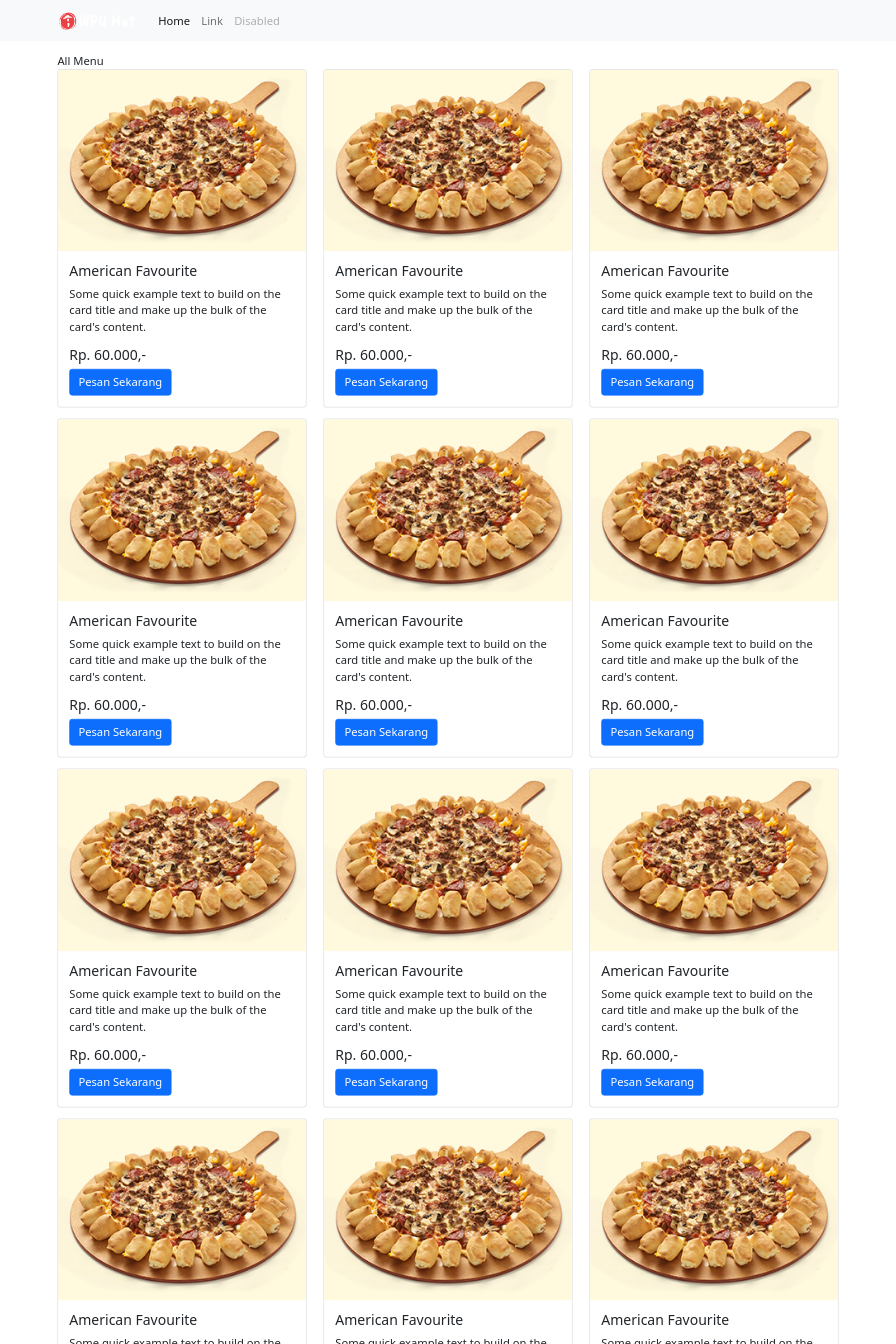
Repository: bayukembara/RESTAPI
Page: http://localhost/latihan1.php
The author's editor kept a copy of each file at every save. The page is drawn from the files as they stood at one save, then again after the next save.
The browser window is 1280 px wide. The pictures show the part of the page from y = 0 to 1920 px (the page is 2597 px tall before and 4059 px after), at 70% of full size.
Some web libraries are served in a nearby version. The page is run by PHP 8.4 with error messages shown; the project is at /var/www/html/.

Above is the page before, as saved 2022-04-29 13:19:09.

### latihan1.php
<?php

$data = file_get_contents("data/menu.json");
$menu = json_decode($data,true);

$menu = $menu["menu"];

?>

<!doctype html>
<html lang="en">

  <head>
    <!-- Required meta tags -->
    <meta charset="utf-8">
    <meta name="viewport" content="width=device-width, initial-scale=1">

    <!-- Bootstrap CSS -->
    <link href="https://cdn.jsdelivr.net/npm/bootstrap@5.1.3/dist/css/bootstrap.min.css" rel="stylesheet"
      integrity="sha384-1BmE4kWBq78iYhFldvKuhfTAU6auU8tT94WrHftjDbrCEXSU1oBoqyl2QvZ6jIW3" crossorigin="anonymous">

    <title>B-Hut</title>
  </head>

  <body>
    <!-- Navbar -->
    <nav class="navbar navbar-expand-lg navbar-light bg-light">
      <div class="container">
        <a class="navbar-brand" href="#"><img src="data\logo.png" alt="" width="120px"></a>
        <button class="navbar-toggler" type="button" data-bs-toggle="collapse" data-bs-target="#navbarSupportedContent"
          aria-controls="navbarSupportedContent" aria-expanded="false" aria-label="Toggle navigation">
          <span class="navbar-toggler-icon"></span>
        </button>
        <div class="collapse navbar-collapse" id="navbarSupportedContent">
          <ul class="navbar-nav me-auto mb-2 mb-lg-0">
            <li class="nav-item">
              <a class="nav-link active" aria-current="page" href="#">Home</a>
            </li>
            <li class="nav-item">
              <a class="nav-link" href="#">Link</a>
            </li>
            <li class="nav-item">
              <a class="nav-link disabled">Disabled</a>
            </li>
          </ul>
        </div>
      </div>
    </nav>
    <!-- End Nav bar -->

    <!-- Content -->
    <div class="container">
      <div class="row mt-3">
        <div class="col">
          All Menu
        </div>
      </div>
      <div class="row">
        <?php foreach($menu as $data) : ?>
        <div class="col-md-4">
          <div class="card mb-3">
            <img src="data/pizza/american-favourite.jpg" class="card-img-top" alt="...">
            <div class="card-body">
              <h5 class="card-title">American Favourite</h5>
              <p class="card-text">Some quick example text to build on the card title and make up the bulk of the card's
                content.</p>
              <h5 class="card-title">Rp. 60.000,-</h5>
              <a href="#" class="btn btn-primary">Pesan Sekarang</a>
            </div>
          </div>
        </div>
        <?php endforeach?>
      </div>
    </div>
    <!-- End Content -->
    <!-- Optional JavaScript; choose one of the two! -->
    <script src="https://code.jquery.com/jquery-3.6.0.js"
      integrity="sha256-H+K7U5CnXl1h5ywQfKtSj8PCmoN9aaq30gDh27Xc0jk=" crossorigin="anonymous"></script>

    <!-- Option 1: Bootstrap Bundle with Popper -->
    <script src="https://cdn.jsdelivr.net/npm/bootstrap@5.1.3/dist/js/bootstrap.bundle.min.js"
      integrity="sha384-ka7Sk0Gln4gmtz2MlQnikT1wXgYsOg+OMhuP+IlRH9sENBO0LRn5q+8nbTov4+1p" crossorigin="anonymous">
    </script>

    <!-- Option 2: Separate Popper and Bootstrap JS -->

    <script src="https://cdn.jsdelivr.net/npm/@popperjs/core@2.10.2/dist/umd/popper.min.js"
      integrity="sha384-7+zCNj/IqJ95wo16oMtfsKbZ9ccEh31eOz1HGyDuCQ6wgnyJNSYdrPa03rtR1zdB" crossorigin="anonymous">
    </script>
    <script src="https://cdn.jsdelivr.net/npm/bootstrap@5.1.3/dist/js/bootstrap.min.js"
      integrity="sha384-QJHtvGhmr9XOIpI6YVutG+2QOK9T+ZnN4kzFN1RtK3zEFEIsxhlmWl5/YESvpZ13" crossorigin="anonymous">
    </script>

  </body>

</html>

### menu.json
{
  "menu": [
    {
      "kategori": "pizza",
      "nama": "Meat Lover",
      "deskripsi": "Irisan sosis sapi, daging sapi cincang, burger sapi, sosis ayam.",
      "harga": 49500,
      "gambar": "meat-lover.jpg"
    },
    {
      "kategori": "pizza",
      "nama": "Super Supreme",
      "deskripsi": "Daging ayam dan sapi asap, daging sapi cincang, burger sapi, jamur, paprika merah dan paprika hijau.",
      "harga": 49500,
      "gambar": "supreme.jpg"
    },
    {
      "kategori": "pizza",
      "nama": "Tuna Melt",
      "deskripsi": "Irisan daging ikan tuna, butiran jagung, saus mayonnaise.",
      "harga": 49500,
      "gambar": "tuna-melt.jpg"
    },
    {
      "kategori": "pizza",
      "nama": "American Favourite",
      "deskripsi": "Pepperoni sapi, daging sapi cincang, jamur.",
      "harga": 49500,
      "gambar": "american-favourite.jpg"
    },
    {
      "kategori": "pasta",
      "nama": "Beef Spaghetti",
      "deskripsi": "Pepperoni sapi, daging sapi cincang, jamur.",
      "harga": 43000,
      "gambar": "beef-spaghetti.jpg"
    },
    {
      "kategori": "pasta",
      "nama": "Beef Lasagna",
      "deskripsi": "Dipanggang, daging sapi cincang. krim putih lembut di tiap lapisan.",
      "harga": 48000,
      "gambar": "beef-lasagna.jpg"
    },
    {
      "kategori": "pasta",
      "nama": "Creamy Beef Fettuccine",
      "deskripsi": "Daging sapi asap dan jamur, ditumis dengan saus krim lembut.",
      "harga": 43000,
      "gambar": "creamy-beef-fettuccine.jpg"
    },
    {
      "kategori": "nasi",
      "nama": "Meatballs Beef Mushroom",
      "deskripsi": "Bola daging sapi dengan saus daging sapi cincang dan jamur.",
      "harga": 40000,
      "gambar": "meatballs-beef-mushroom.jpg"
    },
    {
      "kategori": "nasi",
      "nama": "Black Pepper Chicken",
      "deskripsi": "Ayam dengan saus lada hitam.",
      "harga": 40000,
      "gambar": "black-pepper-chicken.jpg"
    },
    {
      "kategori": "nasi",
      "nama": "Oriental Chicken",
      "deskripsi": "Daging ayam berpadu dengan saus oriental.",
      "harga": 40000,
      "gambar": "oriental-chicken.jpg"
    },
    {
      "kategori": "minuman",
      "nama": "Choco Mint",
      "deskripsi": "",
      "harga": 24000,
      "gambar": "choco-mint.jpg"
    },
    {
      "kategori": "minuman",
      "nama": "Toffee Coffee",
      "deskripsi": "",
      "harga": 24000,
      "gambar": "toffee-coffee.jpg"
    },
    {
      "kategori": "minuman",
      "nama": "Green Tea Shake",
      "deskripsi": "",
      "harga": 24000,
      "gambar": "green-tea-shake.jpg"
    },
    {
      "kategori": "minuman",
      "nama": "Strawberry Milkshake",
      "deskripsi": "",
      "harga": 24000,
      "gambar": "strawberry-milkshake.jpg"
    },
    {
      "kategori": "minuman",
      "nama": "Chocolate Milkshake",
      "deskripsi": "",
      "harga": 24000,
      "gambar": "chocolate-milkshake.jpg"
    }
  ]
}

After the next save:
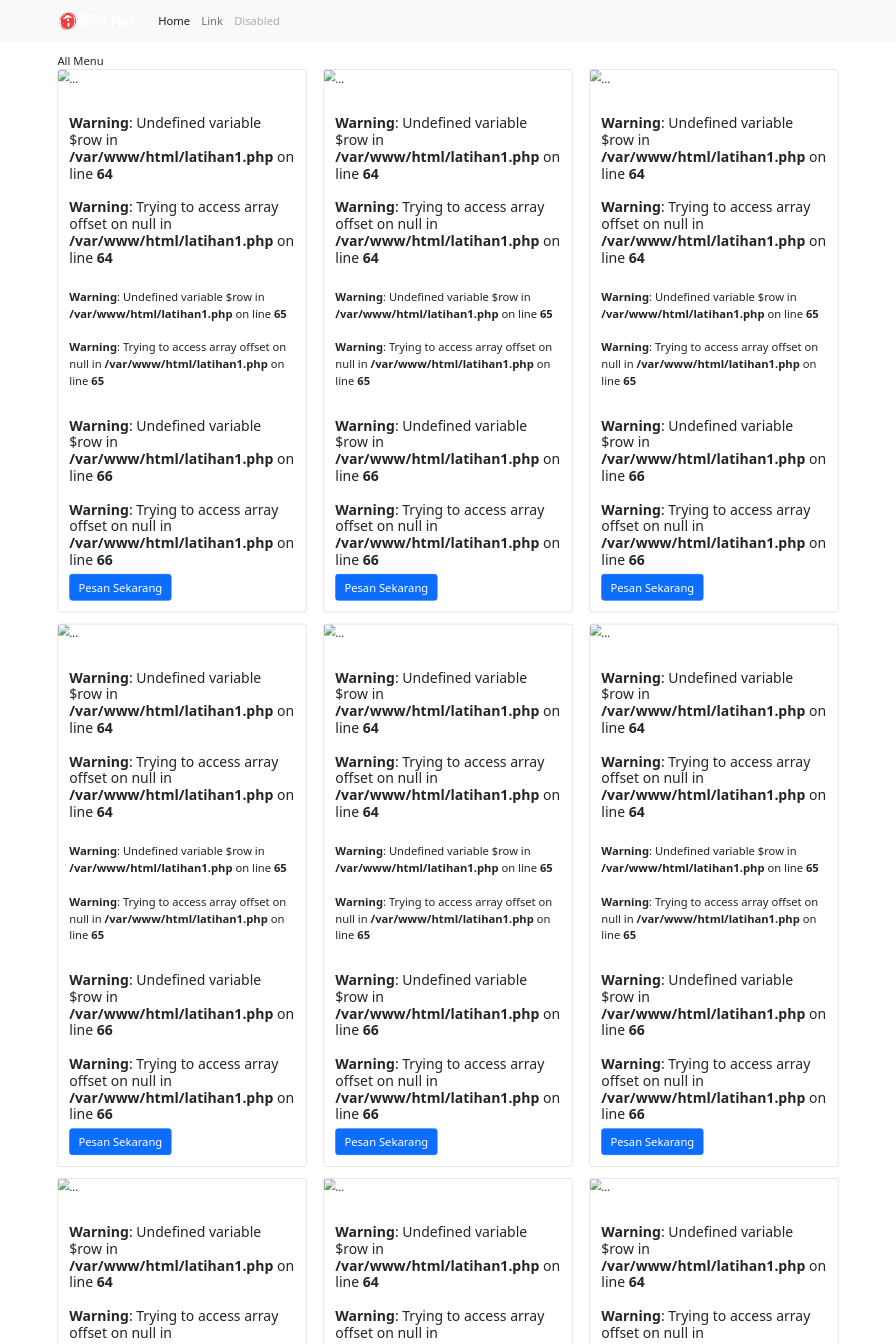
Saved 85 s later.
--- a/latihan1.php
+++ b/latihan1.php
@@ -59,12 +59,11 @@
         <?php foreach($menu as $data) : ?>
         <div class="col-md-4">
           <div class="card mb-3">
-            <img src="data/pizza/american-favourite.jpg" class="card-img-top" alt="...">
+            <img src="data/pizza/<?= $row["gambar"]?>" class="card-img-top" alt="...">
             <div class="card-body">
-              <h5 class="card-title">American Favourite</h5>
-              <p class="card-text">Some quick example text to build on the card title and make up the bulk of the card's
-                content.</p>
-              <h5 class="card-title">Rp. 60.000,-</h5>
+              <h5 class="card-title"><?= $row["nama"]?></h5>
+              <p class="card-text"><?= $row["deskripsi"]?></p>
+              <h5 class="card-title"><?= $row["harga"]?></h5>
               <a href="#" class="btn btn-primary">Pesan Sekarang</a>
             </div>
           </div>

After the save that followed:
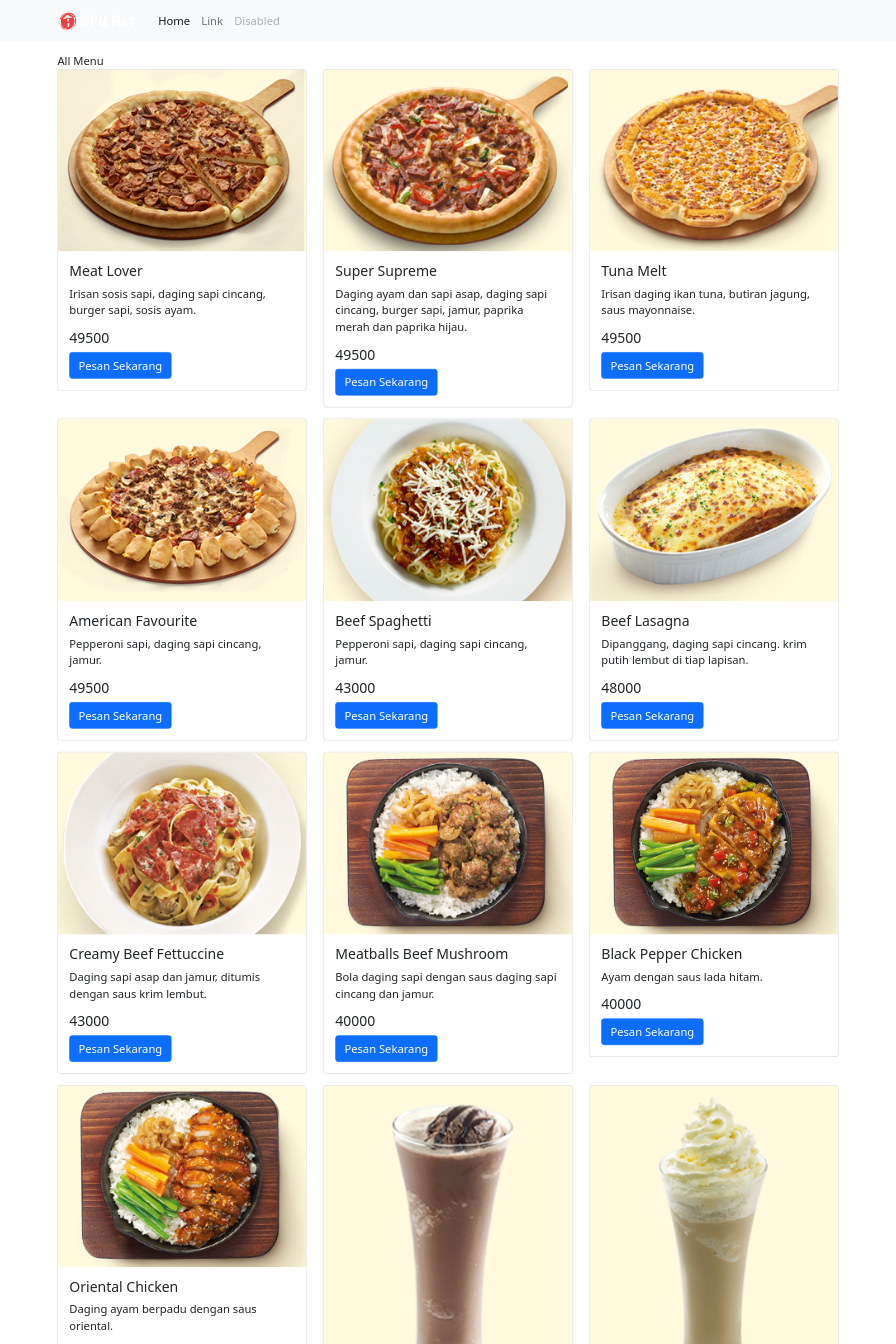
Saved 8 s later.
--- a/latihan1.php
+++ b/latihan1.php
@@ -59,11 +59,11 @@
         <?php foreach($menu as $data) : ?>
         <div class="col-md-4">
           <div class="card mb-3">
-            <img src="data/pizza/<?= $row["gambar"]?>" class="card-img-top" alt="...">
+            <img src="data/pizza/<?= $data["gambar"]?>" class="card-img-top" alt="...">
             <div class="card-body">
-              <h5 class="card-title"><?= $row["nama"]?></h5>
-              <p class="card-text"><?= $row["deskripsi"]?></p>
-              <h5 class="card-title"><?= $row["harga"]?></h5>
+              <h5 class="card-title"><?= $data["nama"]?></h5>
+              <p class="card-text"><?= $data["deskripsi"]?></p>
+              <h5 class="card-title"><?= $data["harga"]?></h5>
               <a href="#" class="btn btn-primary">Pesan Sekarang</a>
             </div>
           </div>
